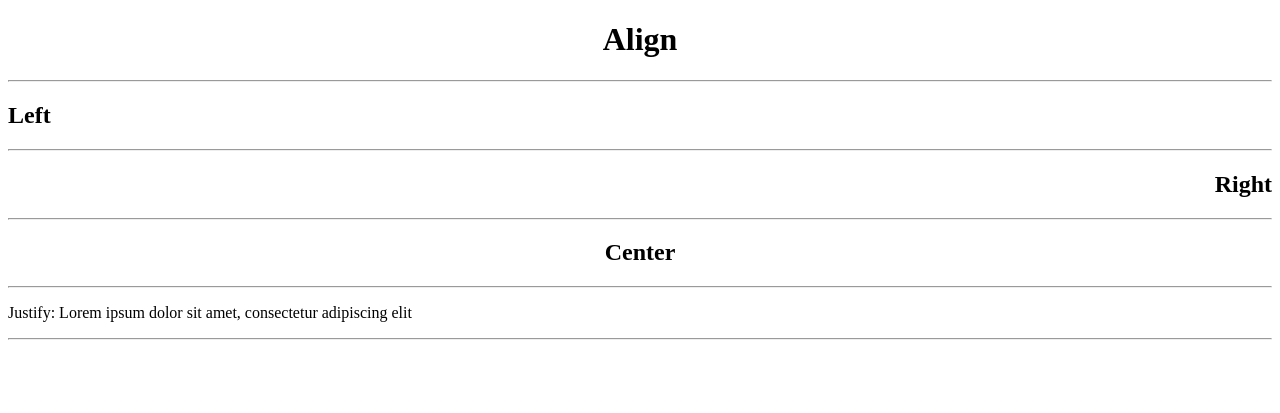
Repository: ankitgujre01/HTMLgeeks
Page: Attribute.html
An editor plug-in stored every save of this project. The page is shown before and after the next save, followed by the edit.
The browser window is 1280 px wide. The pictures show the whole page.

Above is the page before, as saved 2025-09-02 23:47:41.

After the next save:
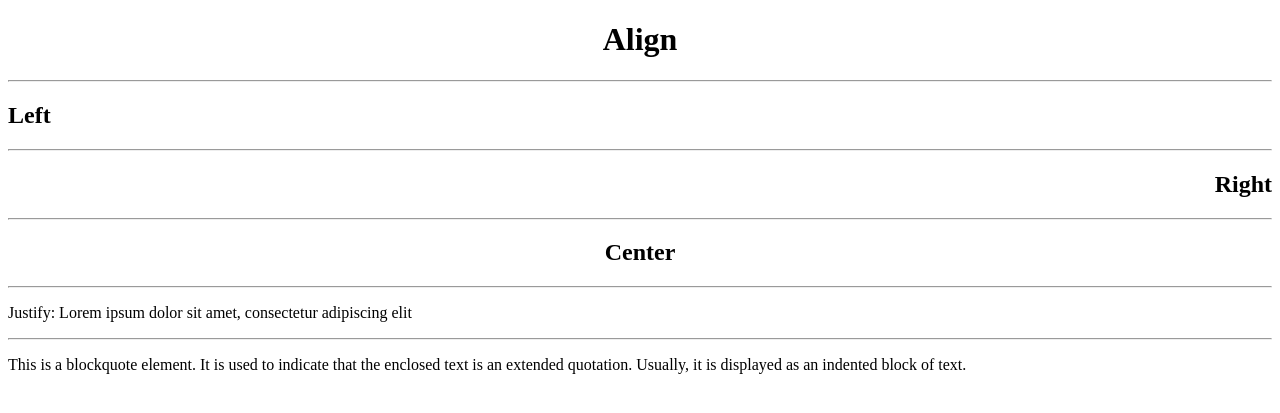
Saved 6 s later.
--- a/Attribute.html
+++ b/Attribute.html
@@ -13,7 +13,7 @@
         <hr>
 
         <blockqoute>
-
+            <p>This is a blockquote element. It is used to indicate that the enclosed text is an extended quotation. Usually, it is displayed as an indented block of text.</p>
         </blockqoute>
     </body>
 </html>
